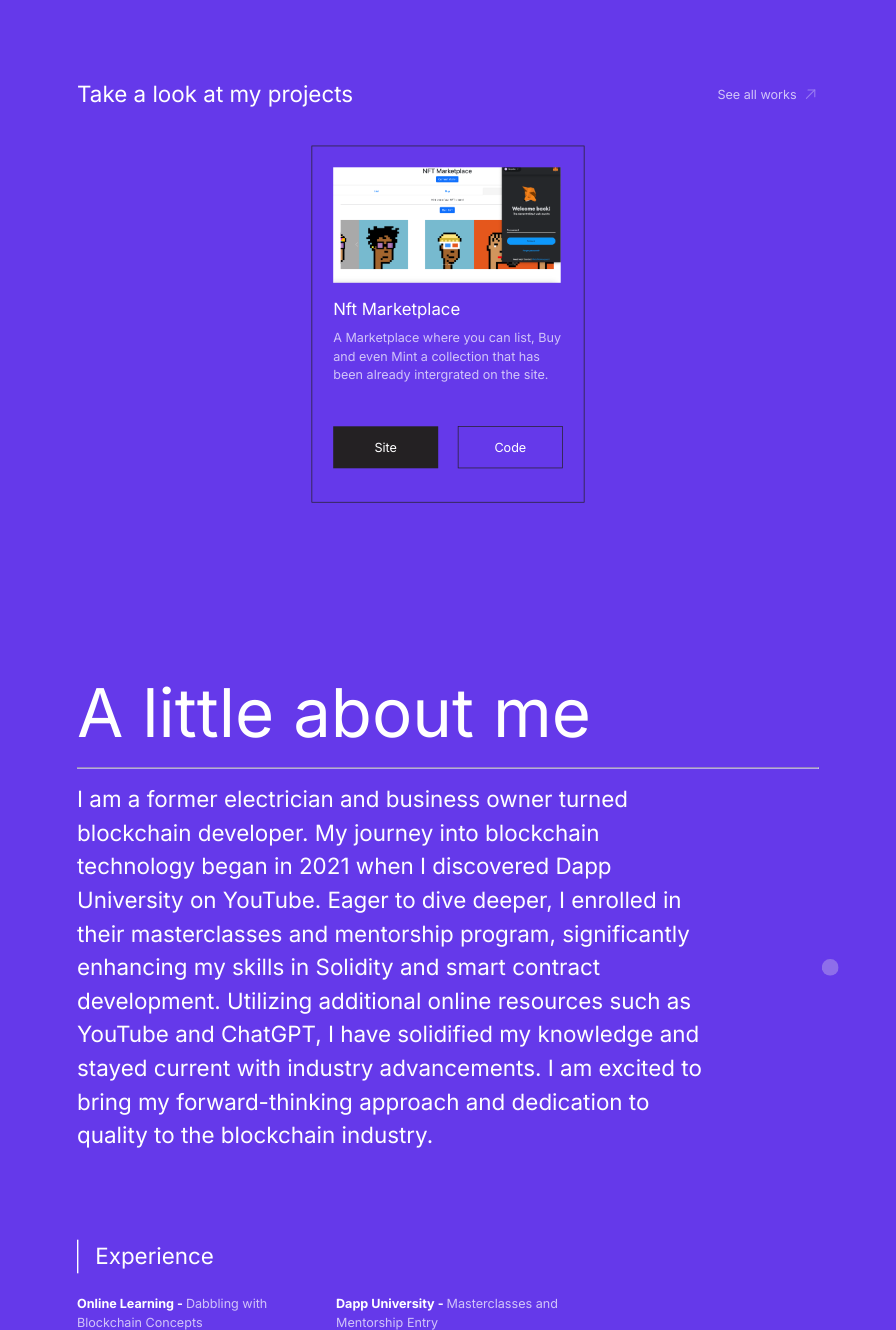
Repository: EyanIngles/Resume
Page: index.html
These files come from the project's save history. The page is drawn as it stood at one moment and after the next save; the edit follows.
The browser window is 1280 px wide. The pictures show the part of the page from y = 850 to 2750 px (the page is 4848 px tall), at 70% of full size.

Above is the page before, as saved 2024-05-30 14:46:31.

After the next save:
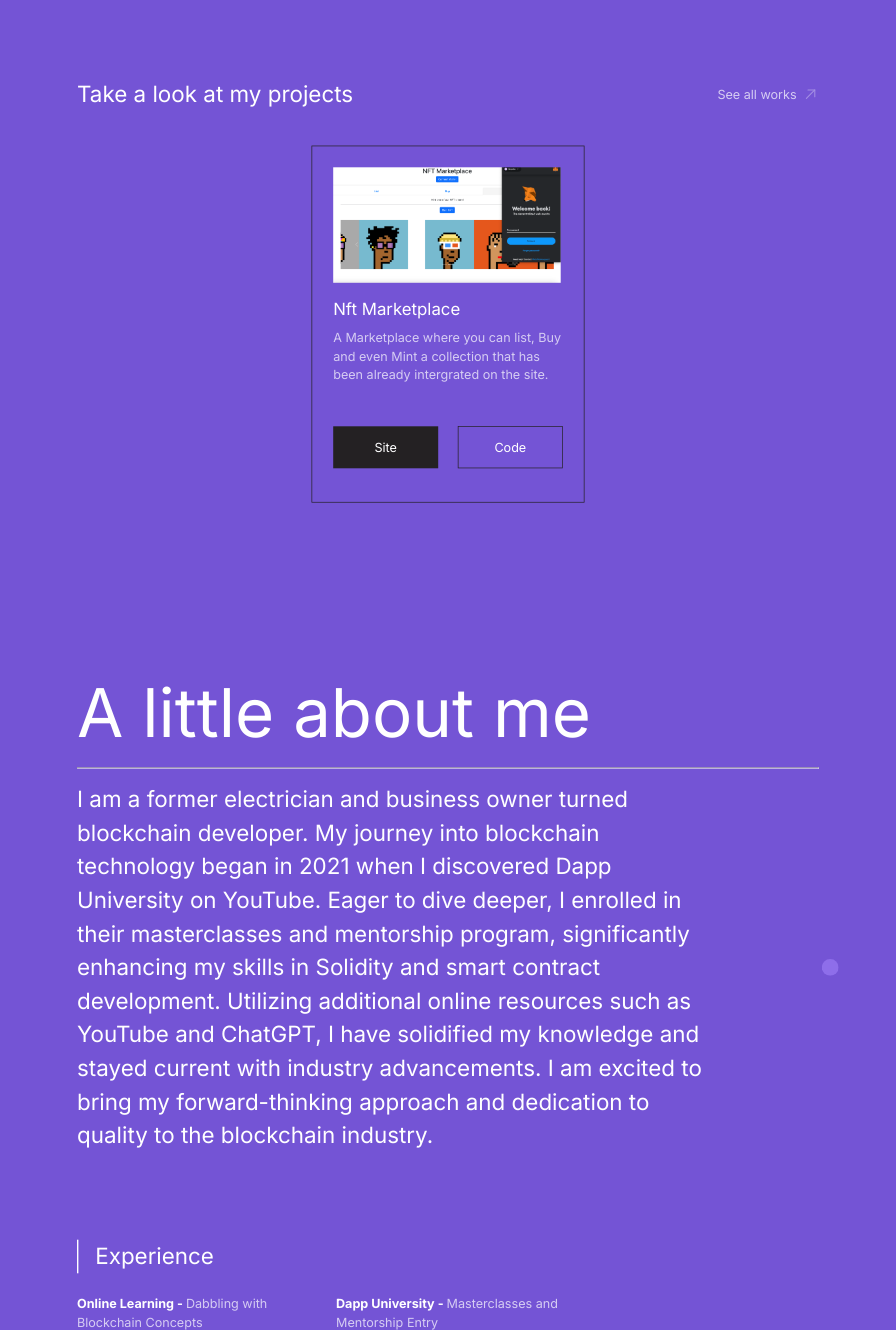
Saved 10 s later.
--- a/css/resume.css
+++ b/css/resume.css
@@ -8,7 +8,7 @@
     --black: #060003;
     --gray: #242123;
     --white: #FFFFFF;
-    --blue: #6539ea;
+    --blue: #7454d5;
     --border-gradient: linear-gradient(227.58deg, #F4492F -44.04%, #F367A5 42.36%, #553DEB 113.95%);
 
     --font-96: clamp(56px, 8vw, 96px);
